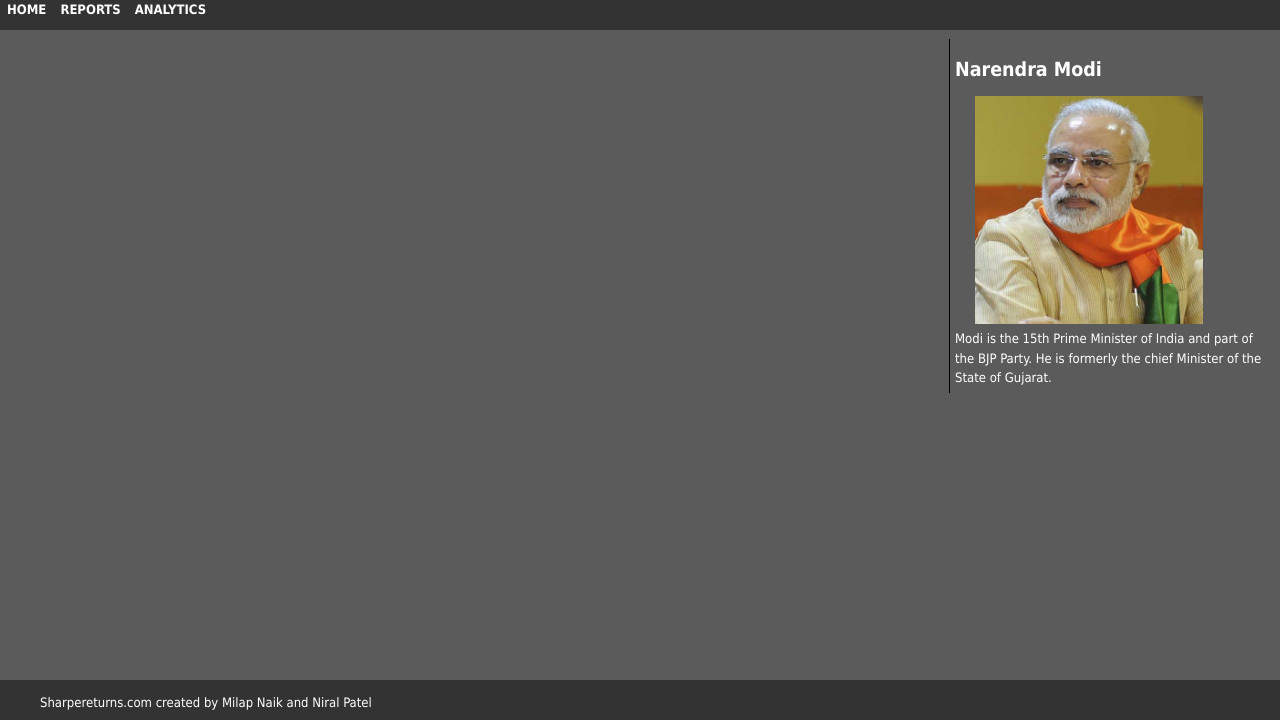
Repository: MilapNaik/Sharpereturns
Page: http://localhost/modi.php
The author's editor kept a record of every edit. The page is drawn from the files as they stood at one moment, then again after the next edit.
The browser window is 1280 px wide. The pictures show the whole page.
The page is run by PHP 8.4 with error messages shown; the project is at /var/www/html/. Queries for data that is not in the repository find no rows.

Above is the page before.

### modi.php
<!DOCTYPE html>
<html>
<head>
<meta charset="UTF-8">
<meta name="description" content="Finance Forum">
<meta name="keywords" content="Share Economy, India, Finance, Stocks,
								Analysis, Uber, Lyft, TaskRabbit">
<meta name="author" content="Milap Naik">

	<title>BSE Review</title>

	<link rel="stylesheet" type="text/css" href="style.css"/>

	<!--[if lt IE 9]>
  	<script src="http://html5shiv.googlecode.com/svn/trunk/html5.js"></script>
  	<![endif]-->
</head>
<body>
	<nav>
	<ul>
		<li><a href="/index">Home</a></li>
		<li><a href="/reports">Reports</a></li>
		<li><a href="/analytics">Analytics</a></li>
	</ul>
	</nav>

	<br>
	<br>
	<aside id = "sidebar">

		<h2>Narendra Modi</h2>

		<img src="pics/modi.jpg" id = "modi" alt="Narendra Modi"
		style="width:228px;height:228px" padding: "0px">
		<br>
		<article>
		Modi is the 15th Prime Minister of India and
		part of the BJP Party. He is formerly the
		chief Minister of the State of Gujarat.
		</article>

	</aside>

	<section>
	<?php
 		include('config.php');

		$select="Select title, linktitle FROM articles ";

		if (!mysqli_query($dbC,$select)) {
  			die('Error: ' . mysqli_error($dbC)); //Add redirect page if broken
		}
		else{
			$result = mysqli_query($dbC, $select);
			$count = 1;
			echo "<ul>", "\n";
			while($row = mysqli_fetch_array($result)) {

				echo "<li><a href='search.php?article={$row['title']}'>
					  {$row['linktitle']}</a></li>", "\n";
				$count++;

            }
            echo "</ul>", "\n";
		}

		mysqli_close($dbC);
	?>

	<!--<ul>
		<li><a href="search.php?article=8PointModel">8-Point Model</a></li>
		<li><a href="search.php?article=mycleanindia">My Clean India</a></li>
		<li><a href="search.php?article=arorafibers">Arora Fibers</a></li>

	</ul>-->
	</section>


</body>
<footer>
	<p>Sharpereturns.com created by Milap Naik and Niral Patel</p>
</footer>
</html>

### config.php
<?php
define("DBNAME", "milap_articles");
define("DBUSER", "milap");
define("DBPASS", "test");
define("DBHOST", "localhost");
$dbC = mysqli_connect(DBHOST, DBUSER, DBPASS, DBNAME)
        or die('Failed to Connect to Database');

?>

### style.css
header, footer, aside, nav, section, main, article, figure {
    display: block;
}

body {
    margin: 0;
    padding: 0;
    color: #FFFFFF;
    font-family: Tahoma, Geneva, sans-serif;
    font-size: 13px;
    line-height: 1.5em;
    background-color: #5b5b5b;/*#FEFEF3;*/

}

nav {
    background-color: #333;
    width: 100%;
    height: 30px;
    top: 0;
    position: fixed;
}
nav ul {
    list-style-type: none;
    margin: 0;
    padding: 0;
    overflow: hidden;
    width: 1000px;

}
nav ul li {
    list-style-type: none;
    display: inline;
    float: left;
}

nav a:link,
nav a:visited {
    /*display: block;*/
    width: 135px;
    font-weight: bold;
    color: #FFFFFF;
    background-color: #333;
    text-align: center;
    padding: 7px;
    text-decoration: none;
    text-transform: uppercase;
}

h3{ font-weight:bold; }
h5{ font-style: italic; }
p{ margin-left: 40px; }

#holders {
    /*Table in reports*/
    width:70%;
    margin-left:15%;
    margin-right:15%;
    }
#modi {
    /*Picture in modi*/
    position: relative;
    left: 20px;
}

section ul {
    list-style-type: none;


}

section ul li{
    list-style-type: none;

    float: left;
}

section a:link,
section a:visited {
    /*group of links in index & share*/
    display: block;
    width: 130px;
    color: #FFFFFF;
    background-color: #262e34;
    text-align: center;
    margin: 4px;
    border: 1px solid black;
    border-radius: 20px;
    text-decoration: none;
}
section a:hover {
    /*group of links in index & share*/
    display: block;
    width: 130px;
    color: #FFFFFF;
    background-color: brown;
    text-align: center;
    margin: 4px;
    border: 1px solid black;
    border-radius: 20px;
    text-decoration: none;
}
footer {
    background-color: #333;
    width: 100%;
    height: 40px;
    bottom: 0;
    position: fixed;
}

.date{
    position: absolute;
    right: 0px;
    bottom: 0px;
}

#sidebar{
    float: right;
    width: 25%;
    border-left: 1px solid black;
    padding: 5px;
}

After the next edit:
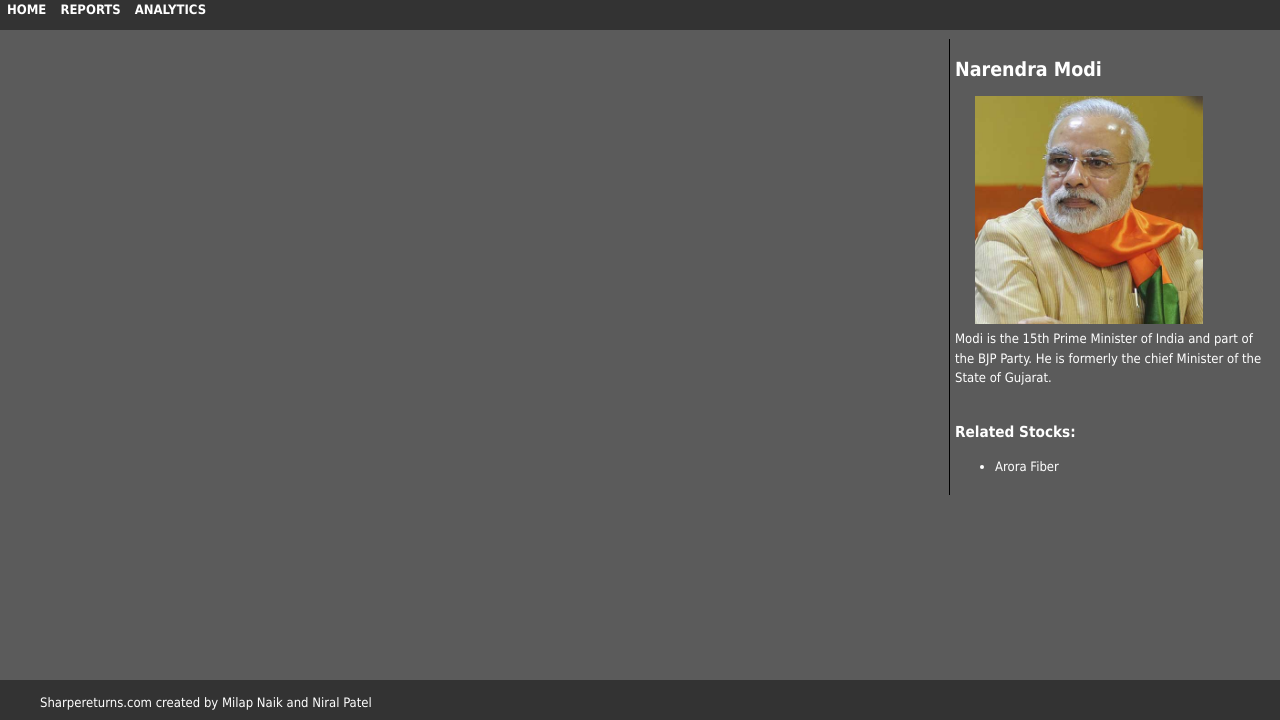
The edit:
--- a/modi.php
+++ b/modi.php
@@ -38,6 +38,11 @@
 		part of the BJP Party. He is formerly the
 		chief Minister of the State of Gujarat.
 		</article>
+		<br>
+		<h3>Related Stocks:</h3>
+		<ul>
+			<li> Arora Fiber</li>
+		</ul>
 
 	</aside>
 
